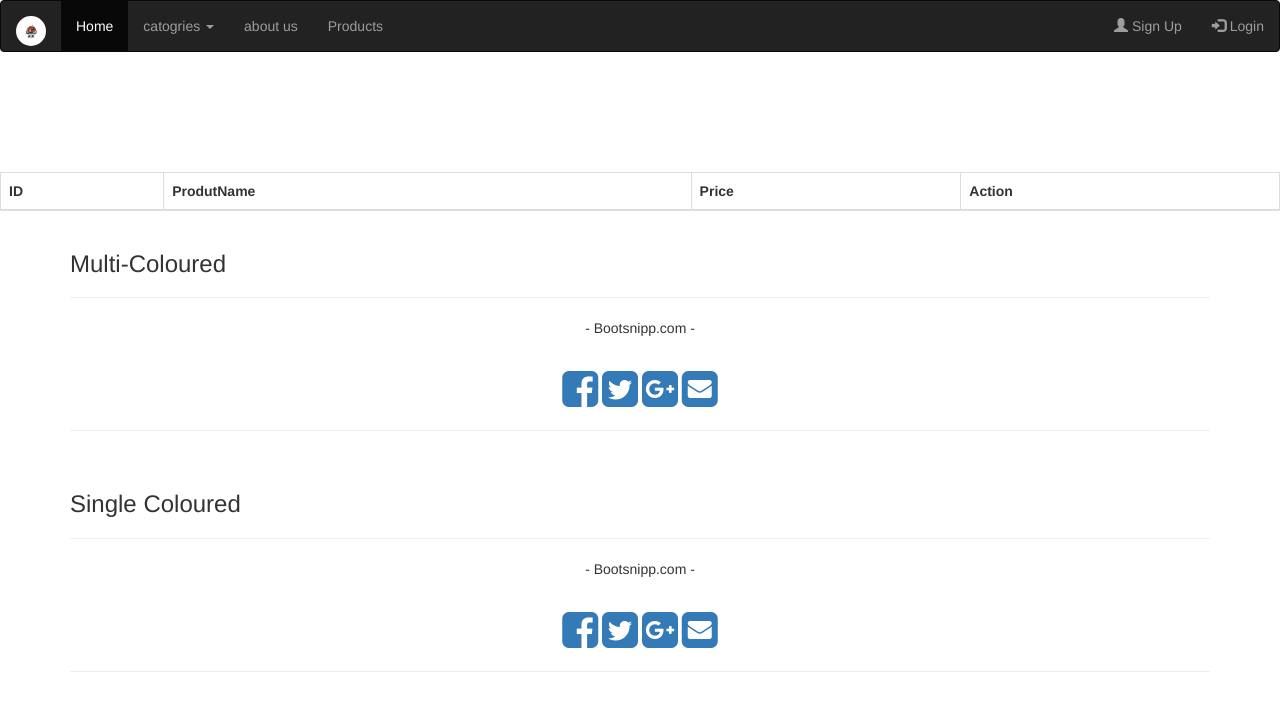
Repository: aslamsuhail/DTPROJECT
Page: http://localhost/Ecom_frontend/WEB-INF/views/productlistview.jsp
The author's editor kept a copy of each file at every save. The page is drawn from the files as they stood at one save, then again after the next save.
The browser window is 1280 px wide. The pictures show the whole page.
Some web libraries are served in a nearby version. The page is served by Tomcat 9. Nobody is signed in. The template is opened directly, without the code that normally fills it, so the values that code supplies are empty.

Above is the page before, as saved 2017-11-21 05:53:52.

After the next save:
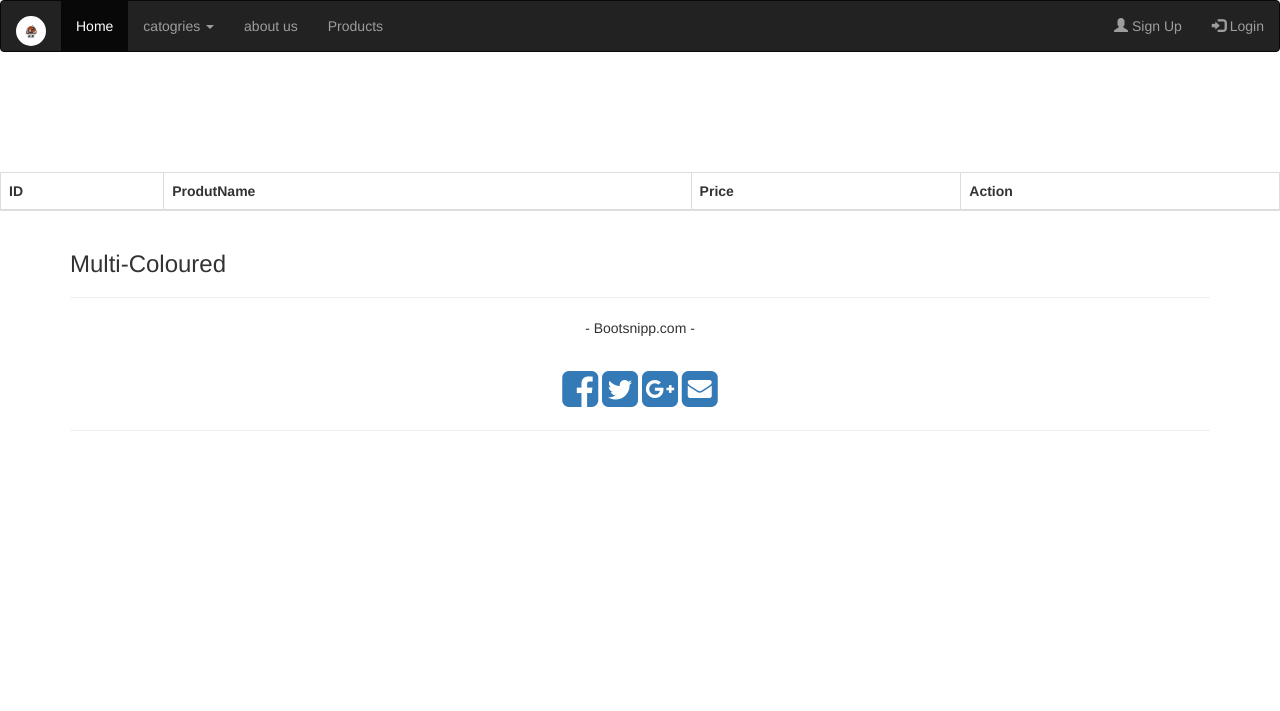
Saved 33 s later.
--- a/Ecom_frontend/src/main/webapp/WEB-INF/views/footer.jsp
+++ b/Ecom_frontend/src/main/webapp/WEB-INF/views/footer.jsp
@@ -31,19 +31,6 @@
 <!-- Include Font Awesome Stylesheet in Header -->
 <link href="//maxcdn.bootstrapcdn.com/font-awesome/4.1.0/css/font-awesome.min.css" rel="stylesheet">
 <!-- // -->
-<div class="container">
-<h3>Single Coloured</h3>
-    <hr />
-        <div class="text-center center-block">
-            <p class="txt-railway">- Bootsnipp.com -</p>
-            <br />
-                <a href="https://www.facebook.com/bootsnipp"><i class="fa fa-facebook-square fa-3x social"></i></a>
-	            <a href="https://twitter.com/bootsnipp"><i class="fa fa-twitter-square fa-3x social"></i></a>
-	            <a href="https://plus.google.com/+Bootsnipp-page"><i class="fa fa-google-plus-square fa-3x social"></i></a>
-	            <a href="mailto:bootsnipp@gmail.com"><i class="fa fa-envelope-square fa-3x social"></i></a>
-</div>
-    <hr />
-</div>
 
 
 
